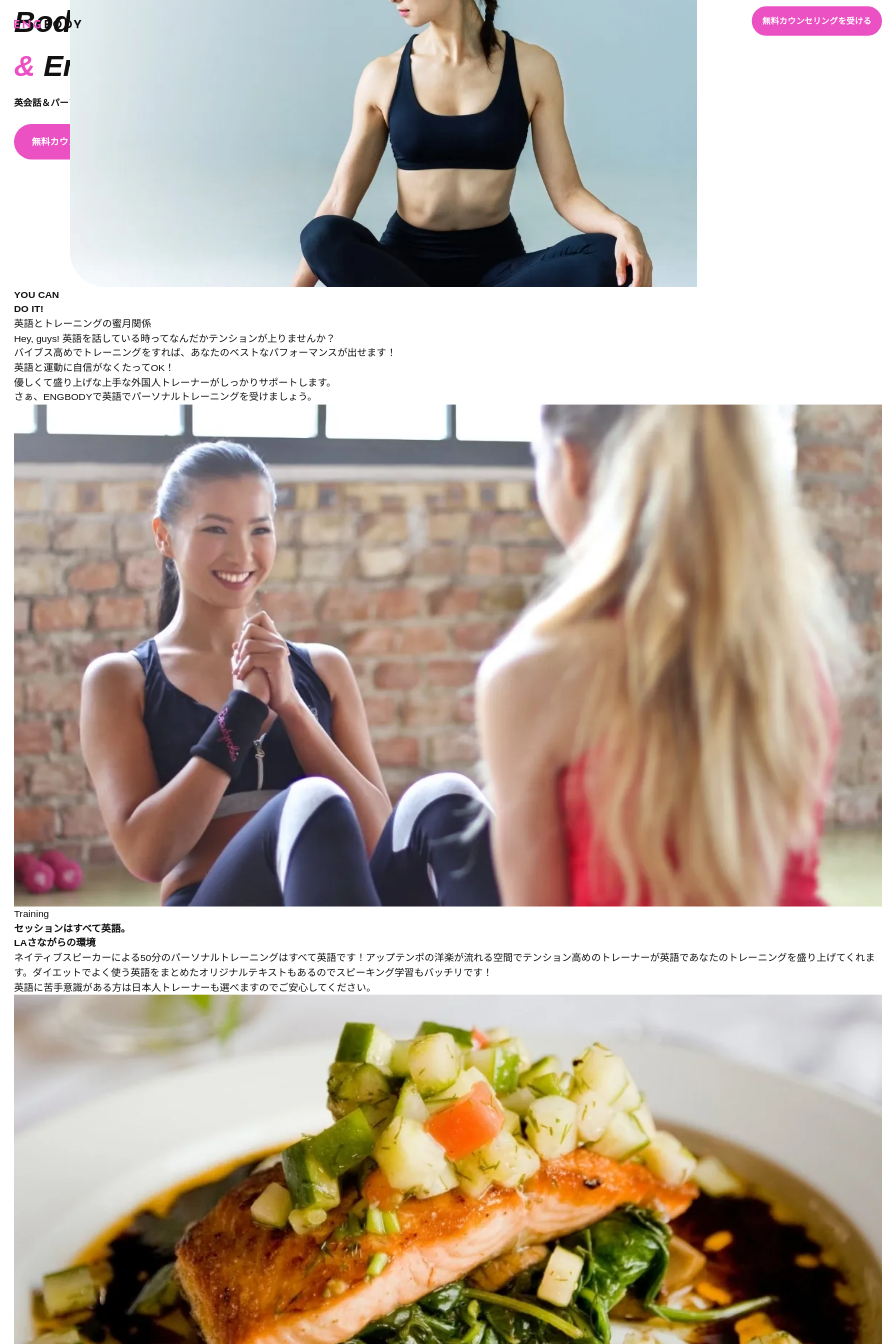
Repository: tetishi/engbody
Page: index.html
An editor plug-in stored every save of this project. The page is shown before and after the next save, followed by the edit.
The browser window is 1280 px wide. The pictures show the part of the page from y = 0 to 1920 px (the page is 12355 px tall), at 70% of full size.
The style sheet was rebuilt from its Sass, Less or Tailwind sources for each picture, by a compiler version that may differ from the author's.

Above is the page before, as saved 2023-07-26 00:21:52.

### index.html
<!DOCTYPE html>
<html lang="en">
<head>
    <meta charset="UTF-8">
    <meta name="viewport" content="width=device-width, initial-scale=1.0">
    <title>ENGBODY</title>
    <link href="https://fonts.googleapis.com/css2?family=Josefin+Sans:ital,wght@0,400;0,700;1,400;1,700&display=swap" rel="stylesheet">
    <link rel="stylesheet" href="./css/reset.css">
    <link rel="stylesheet" href="./css/style.css">
</head>
<body>
    <header class="header">
        <div class="header-inner">
            <h2 class="nav-title">
                <a href="#">
                    <img src="img/engbody.svg" alt="ENGBODY">
                </a>
            </h2>
            <nav class="header-nav">
                <div class="counseling-btn-top">
                    <a href="#">無料カウンセリングを受ける</a>
                </div>
            </nav>
        </div>
    </header>

    <main>
        <!-- fv -->
        <div class="fv">
            <div class="fv-img"></div>
            <div class="section-inner">
                <h2 class="page-title">
                    Body Make<br>
                    <span>&</span> English
                </h2>
                <div class="page-title-bottom">
                    英会話＆パーソナルトレーニングジム
                </div>
                <div class="counseling-btn">
                    <a href="#">無料カウンセリングを受ける</a>
                </div>
            </div>
        </div>

        <section id="concept" class="section-wrapper">
            <div class="section-outer">
                <div class="section-inner">
                    <h2 class="catchphrase">
                        YOU CAN<br class="sp">
                        DO IT!
                    </h2>
                    <p class="section-under-title">
                        英語とトレーニングの<span class="phrase">蜜月関係</span>
                    </p>
                    <p class="concept-text">
                        Hey, guys! 英語を話している時ってなんだかテンションが上りませんか？<br>
                        バイブス高めでトレーニングをすれば、あなたのベストなパフォーマンスが出せます！<br>
                        英語と運動に自信がなくたってOK！<br>
                        優しくて盛り上げな上手な外国人トレーナーがしっかりサポートします。<br>
                        さぁ、ENGBODYで英語でパーソナルトレーニングを受けましょう。
                    </p>
                    <div class="training-box">
                        <div class="training-img">
                            <picture>
                                <source srcset="img/training.webp" type="image/webp">
                                <img src="img/training.jpg" alt="外国人のパーソナルトレーナーがお客様に英語とトレーニングをサポートしている様子">
                            </picture>
                        </div>
                        <div class="training-text">
                            <p class="training-top">
                                Training
                            </p>
                            <h3 class="training-title">
                                セッションはすべて英語。<br>
                                LAさながらの環境
                            </h3>
                            <p class="training-description">
                                ネイティブスピーカーによる50分のパーソナルトレーニングはすべて英語です！アップテンポの洋楽が流れる空間でテンション高めのトレーナーが英語であなたのトレーニングを盛り上げてくれます。ダイエットでよく使う英語をまとめたオリジナルテキストもあるのでスピーキング学習もバッチリです！<br>
                                英語に苦手意識がある方は日本人トレーナーも選べますのでご安心してください。
                            </p>
                        </div>
                    </div>
                    <div class="food-box">
                        <div class="food-img">
                            <picture>
                                <source srcset="img/food.webp" type="image/webp">
                                <img src="img/food.jpg" alt="低糖質レストラン『LCR』の魚と野菜の盛り合わせメニューの写真">
                            </picture>
                        </div>
                        <div class="food-text">
                            <p class="food-top">
                                Food
                            </p>
                            <h3 class="food-title">
                                低糖質レストランを完備！<br>
                                美味しく食べてダイエット
                            </h3>
                            <p class="food-description">
                                食事制限って大変ですよね......。でも大丈夫！ENGBODY館内には低糖質レストラン『LCR』を完備しています。Low carb（低糖質）なのにとっても美味しい味に驚くはずです！メニューも豊富で飽きさせません。美味しく食べてしっかり痩せる！しかも英語力もアップ！それがENGBODYなのです。
                            </p>
                        </div>
                    </div>
                    <div class="counseling-btn">
                        <a href="#">無料カウンセリングを受ける</a>
                    </div>
                </div>
            </div>

        </section>

        <section class="section-wrapper">
            <div class="section-outer">
                <div class="section-inner">
                    <h2 class="section-title">
                        Our Trainer
                        <span>トレーナー</span>
                    </h2>
                    <div class="select-option">
                        <p class="trainer">
                            トレーナー
                        </p>
                        <p class="staff">
                            スタッフ
                        </p>
                    </div>
                    <ul class="trainer-list">
                        <li class="trainer-item">
                            <picture>
                                <source srcset="img/trainer01.webp" type="image/webp">
                                <img src="img/trainer01.jpg" alt="日本人女性のトレーナーの写真">
                            </picture>
                            <p class="trainer-greeting">
                                こんにちは！英語で楽しくトレーニングしましょう。日本語が話せますのでご安心ください。
                            </p>
                        </li>
                        <li class="trainer-item">
                            <picture>
                                <source srcset="img/trainer02.webp" type="image/webp">
                                <img src="img/trainer02.jpg" alt="外国人女性のトレーナーの写真">
                            </picture>
                            <p class="trainer-greeting">
                                Hello! 筋肉をつけすぎずしなやかな体を作ることが得意です！美しさを磨いていきましょう。
                            </p>
                        </li>
                        <li class="trainer-item">
                            <picture>
                                <source srcset="img/trainer03.webp" type="image/webp">
                                <img src="img/trainer03.jpg" alt="外国人男性のトレーナーの写真">
                            </picture>
                            <p class="trainer-greeting">
                                Hi, 負荷や強度の高いトレーニングがしたいならおまかせてください！どんなご要望もできるかぎり叶えますよ！
                            </p>
                        </li>
                    </ul>
                    <ul class="staff-list">
                        <li class="staff-item">
                            <picture>
                                <source srcset="img/staff01.webp" type="image/webp">
                                <img src="img/staff01.jpg" alt="日本人女性スタッフの写真">
                            </picture>
                            <p class="staff-greeting">
                                ENBODYは明るくてとっても楽しいジムです！みなさんのセッションが楽しくなるようしっかりサポートいたします。
                            </p>
                        </li>
                        <li class="staff-item">
                            <picture>
                                <source srcset="img/staff02.webp" type="image/webp">
                                <img src="img/staff02.jpg" alt="外国人男性スタッフの写真">
                            </picture>
                            <p class="staff-greeting">
                                Hi, please let me know anytime if you have any questions. We will fully support you!
                            </p>
                        </li>
                    </ul>
                </div>
            </div>
        </section>

        <section class="section-wrapper">
            <div class="section-outer">
                <div class="section-inner">
                    <h2 class="section-title">
                        Studio
                        <span>スタジオ</span>
                    </h2>
                    <div class="slide-image">
                        <picture>
                            <source srcset="img/studio01.webp" type="image/webp">
                            <img src="img/studio01.jpg" alt="後ろ姿の女性がトレーニング器具に座って、ダンベルを両手に持ち上げて、スタジオでトレーニングしている写真">
                        </picture>
                        <picture>
                            <source srcset="img/studio02.webp" type="image/webp">
                            <img src="img/studio02.jpg" alt="正面を向いた女性がトレーニング器具に座って、腕を上げてスタジオでトレーニングしている写真">
                        </picture>
                        <picture>
                            <source srcset="img/studio03.webp" type="image/webp">
                            <img src="img/studio03.jpg" alt="後ろ姿の男性がスタジオでバーベルを持ってウエイトトレーニングをしている写真">
                        </picture>
                    </div>
                </div>
            </div>
        </section>

        <section class="section-wrapper">
            <div class="section-outer">
                <div class="section-inner">
                    <h2 class="section-title">
                        Price
                        <span>料金</span>
                    </h2>
                    <ul class="price-list">
                        <li class="price-item">
                            <div class="price-box">
                                <p class="course">
                                    週１コース
                                </p>
                                <h3 class="course-price">
                                    ¥20,000
                                </h3>
                                <p class="admission-fee">
                                    （入会金 ¥10000）
                                </p>
                            </div>
                            <div class="rental-box">
                                <p class="course-top">
                                    レンタル
                                </p>
                                <p class="course-text">
                                    タオル、ウェア、プロテイン無料
                                </p>
                            </div>
                            <div class="restaurant-box">
                                <p class="course-top">
                                    レストラン
                                </p>
                                <p class="course-text">
                                    使用不可
                                </p>
                            </div>
                            <div class="diet-box">
                                <p class="course-top">
                                    食事指導
                                </p>
                                <p class="course-text">
                                    無し
                                </p>
                            </div>
                        </li>
                        <li class="price-item">
                            <p class="recommend">
                                オススメ！
                            </p>
                            <div class="price-box">
                                <p class="course">
                                    週２コース
                                </p>
                                <h3 class="course-price">
                                    ¥40,000
                                </h3>
                                <p class="admission-fee">
                                    （入会金 ¥10000）
                                </p>
                            </div>
                            <div class="rental-box">
                                <p class="course-top">
                                    レンタル
                                </p>
                                <p class="course-text">
                                    タオル、ウェア、プロテイン無料
                                </p>
                            </div>
                            <div class="restaurant-box">
                                <p class="course-top">
                                    レストラン
                                </p>
                                <p class="course-text">
                                    使用可
                                </p>
                            </div>
                            <div class="diet-box">
                                <p class="course-top">
                                    食事指導
                                </p>
                                <p class="course-text">
                                    有り
                                </p>
                            </div>
                        </li>
                        <li class="price-item">
                            <div class="price-box">
                                <p class="course">
                                    無制限
                                </p>
                                <h3 class="course-price">
                                    ¥70,000
                                </h3>
                                <p class="admission-fee">
                                    （入会金 ¥10000）
                                </p>
                            </div>
                            <div class="rental-box">
                                <p class="course-top">
                                    レンタル
                                </p>
                                <p class="course-text">
                                    タオル、ウェア、プロテイン無料
                                </p>
                            </div>
                            <div class="restaurant-box">
                                <p class="course-top">
                                    レストラン
                                </p>
                                <p class="course-text">
                                    使用可
                                </p>
                            </div>
                            <div class="diet-box">
                                <p class="course-top">
                                    食事指導
                                </p>
                                <p class="course-text">
                                    有り
                                </p>
                            </div>
                        </li>
                    </ul>
                </div>
            </div>
        </section>

        <section class="section-wrapper">
            <div class="section-outer">
                <div class="section-inner">
                    <h2 class="section-title">
                        FAQ
                        <span>よくあるご質問</span>
                    </h2>
                    <div class="faq-box">
                        <details class="faq-item">
                            <summary class="faq-top-text">
                                見学や体験は可能ですか？
                            </summary>
                            <p class="faq-bottom-text">
                                無料カウンセリングの際に見学が可能です。フォームに見学・体験希望の欄がございますので内容をご確認しチェックを入れてください。
                            </p>
                        </details>
                        <details class="faq-item">
                            <summary class="faq-top-text">
                                用意するものは何がありますか？
                            </summary>
                            <p class="faq-bottom-text">
                                シューズをご持参ください。ウェアとタオルは無料でレンタルが可能です。
                            </p>
                        </details>
                        <details class="faq-item">
                            <summary class="faq-top-text">
                                シャワールームはありますか？
                            </summary>
                            <p class="faq-bottom-text">
                                5つのシャワールームがございます。ボディソープ・シャンプー・リンスなどのアメニティやドライヤーもご用意しております。
                            </p>
                        </details>
                    </div>
                </div>
            </div>
        </section>

        <div class="free-counseling">
            <picture>
                <source srcset="img/sp_counseling_top.webp" type="image/webp">
                <img src="img/sp_counseling_top.jpg" alt="アジア人、黒人、白人の女性3人がトレーニングウェアを着て肩を組んで笑顔でこちらを見ている写真">
            </picture>
            <div class="counseling-container">
                <h3 class="invite-message">
                    Come join us!! 😊
                </h3>
                <div class="counseling-btn white">
                    <a href="#">無料カウンセリングを受ける</a>
                </div>
            </div>
        </div>

    </main>
    <footer class="footer">
        <div class="footer-text">
            ENGBODY
        </div>
    </footer>

    <a href="#" class="pagetop">
        <div class="pagetop-arrow">
            <i class="fas fa-angle-up"></i>
        </div>
    </a>
</body>
</html>

### css/reset.css
/*
html5doctor.com Reset Stylesheet
v1.6.1
Last Updated: 2010-09-17
Author: Richard Clark - http://richclarkdesign.com
Twitter: @rich_clark
*/

* {
    box-sizing: border-box;
}

html,
body,
div,
span,
object,
iframe,
h1,
h2,
h3,
h4,
h5,
h6,
p,
blockquote,
pre,
abbr,
address,
cite,
code,
del,
dfn,
em,
img,
ins,
kbd,
q,
samp,
small,
strong,
sub,
sup,
var,
b,
i,
dl,
dt,
dd,
ol,
ul,
li,
fieldset,
form,
label,
legend,
table,
caption,
tbody,
tfoot,
thead,
tr,
th,
td,
article,
aside,
canvas,
details,
figcaption,
figure,
footer,
header,
hgroup,
menu,
nav,
section,
summary,
time,
mark,
ruby,
audio,
video {
    margin: 0;
    padding: 0;
    border: 0;
    outline: 0;
    font-size: 100%;
    vertical-align: baseline;
    background: transparent;
}

body {
    line-height: 1.5;
}

img {
    width: 100%;
    height: auto;
    object-fit: cover;
}

button {
    background-color: transparent;
    border: none;
    cursor: pointer;
    outline: none;
    padding: 0;
    appearance: none;
}

article,
aside,
details,
figcaption,
figure,
footer,
header,
hgroup,
menu,
nav,
section {
    display: block;
}

nav ul {
    list-style: none;
}

li {
    list-style: none;
}

a {
    margin: 0;
    padding: 0;
    font-size: 100%;
    vertical-align: baseline;
    background: transparent;
}

input,
select {
    vertical-align: middle;
}

/*end reset css*/

### img/engbody.svg
<svg xmlns="http://www.w3.org/2000/svg" width="96.7" height="12.36" viewBox="0 0 96.697 12.356">
  <g id="Group_1" data-name="Group 1" transform="translate(-34.435 -35.05)">
    <path id="Path_13" data-name="Path 13" d="M-41.472-16.8a3.73,3.73,0,0,1,1.459,1.093,2.471,2.471,0,0,1,.524,1.559A2.878,2.878,0,0,1-40.674-11.6a5.1,5.1,0,0,1-2.957.814H-47.58V-22.2H-44.1a5.2,5.2,0,0,1,2.965.737,2.422,2.422,0,0,1,1.08,2.132,2.946,2.946,0,0,1-.371,1.5A2.77,2.77,0,0,1-41.472-16.8Zm-3.771-.729h1.418a1.3,1.3,0,0,0,1-.38,1.323,1.323,0,0,0,.355-.938,1.029,1.029,0,0,0-.4-.876,1.816,1.816,0,0,0-1.112-.3h-1.257Zm1.5,4.653a2.475,2.475,0,0,0,1.33-.318,1.051,1.051,0,0,0,.508-.954q0-1.21-2-1.21h-1.338v2.481Zm8.123-3.6a5.518,5.518,0,0,1,.814-2.9A6.036,6.036,0,0,1-32.6-21.521a5.975,5.975,0,0,1,3.022-.8,5.975,5.975,0,0,1,3.022.8,6.165,6.165,0,0,1,2.224,2.148,5.438,5.438,0,0,1,.83,2.9,5.413,5.413,0,0,1-.83,2.916,6.083,6.083,0,0,1-2.224,2.117,6.067,6.067,0,0,1-3.022.783,6.054,6.054,0,0,1-3.03-.783,5.973,5.973,0,0,1-2.2-2.117A5.493,5.493,0,0,1-35.622-16.473Zm2.417,0a3.551,3.551,0,0,0,.492,1.83,3.628,3.628,0,0,0,1.338,1.326,3.687,3.687,0,0,0,1.878.489,3.5,3.5,0,0,0,1.821-.489,3.517,3.517,0,0,0,1.289-1.318,3.68,3.68,0,0,0,.467-1.838,3.655,3.655,0,0,0-.483-1.861,3.6,3.6,0,0,0-1.313-1.326,3.57,3.57,0,0,0-1.845-.489,3.57,3.57,0,0,0-1.845.489,3.6,3.6,0,0,0-1.313,1.326A3.655,3.655,0,0,0-33.2-16.473ZM-18.909-22.2h3.546a7.413,7.413,0,0,1,3.739.845A5.2,5.2,0,0,1-9.49-19.164a6.36,6.36,0,0,1,.669,2.877,5.253,5.253,0,0,1-.806,2.9,5.34,5.34,0,0,1-2.168,1.931,6.641,6.641,0,0,1-2.99.675h-4.126Zm3.723,9.243a4.324,4.324,0,0,0,2.885-.9,3.2,3.2,0,0,0,1.064-2.59,3.609,3.609,0,0,0-.588-2.171A3.138,3.138,0,0,0-13.2-19.73a4.006,4.006,0,0,0-1.475-.31h-1.9v7.088ZM4.83-22.2.381-14.333v3.552H-1.955v-3.552L-6.323-22.2h2.885l2.724,5.273L1.945-22.2Z" transform="translate(126.302 57.708)" fill="#111"/>
    <path id="Path_14" data-name="Path 14" d="M-27.475-22.5v2.176h-5.753v2.44h5.093v2.176h-5.093v2.471h5.979v2.176h-8.316V-22.5Zm15.584,0v11.9h-.064l-8.3-7.227.048,6.761h-2.369V-22.95h.1l8.284,7.336-.048-6.885ZM3.049-12.211a3.177,3.177,0,0,1-.975.583,8.934,8.934,0,0,1-1.547.5,6.932,6.932,0,0,1-1.539.194,7.366,7.366,0,0,1-3.312-.707,5.264,5.264,0,0,1-2.2-1.958A5.311,5.311,0,0,1-7.3-16.454a6.568,6.568,0,0,1,.822-3.4,5.253,5.253,0,0,1,2.208-2.083,6.761,6.761,0,0,1,3.062-.692,8.506,8.506,0,0,1,2.031.233,7.636,7.636,0,0,1,1.676.606l-.757,2.1a5.979,5.979,0,0,0-1.281-.458A5.645,5.645,0,0,0-.9-20.355a4.244,4.244,0,0,0-2.957.933A3.556,3.556,0,0,0-4.88-16.656a3.356,3.356,0,0,0,.5,1.842,3.241,3.241,0,0,0,1.394,1.2,4.746,4.746,0,0,0,2.039.42,3.468,3.468,0,0,0,1.628-.3v-1.383H-1.367v-2.176H3.049Z" transform="translate(70 58)" fill="#eb51c2"/>
  </g>
</svg>

### css/style.scss
/* base */

html {
    font-size: 62.5%;
}
body {
    font-size: 1.4rem;
    font-family: 'Hiragino Sans', sans-serif;
    color: #111111;
}
h2 h3 {
    font-family: 'Josefin Sans', sans-serif;
}
img {
    vertical-align: bottom;
}
.section-inner {
    padding: 0 20px;
    // margin: 0 auto;
}
.section-title {
    font-size: 4rem;
    &:nth-of-type(2) {
        font-size: 3.2rem;
    }
    &:nth-of-type(odd) {
        color: #fff;
    }
    span {
        font-size: 1.4rem;
        margin-bottom: 30px;
        &:last-of-type {
            margin-bottom: 35px;
        }
    }
}
a {
    color: inherit;
    text-decoration: none;
}

// header
.header {
    position: fixed;
    width: 100%;
    top: 0;
    left: 0;
    z-index: 999;
}
.header-inner {
    display: flex;
    justify-content: space-between;
    align-items: center;
    height: 60px;
    padding: 0 20px;
}
.counseling-btn-top {
    font-weight: bold;
    color: #fff;
    font-size: 1.2rem;
    width: 186px;
    background-color: #EB51C2;
    text-align: center;
    vertical-align: middle;
    border-radius: 50px;
    padding: 12px 15px;
}

//fv
.fv {
    height: 410px;
}
.fv-img {
    background-image: url(../img/bg_mv.webp);
    background-position: right bottom;
    background-size: cover;
    background-repeat: no-repeat;
    border-radius: 0 0 0 50px;
    position: absolute;
    left: 100px;
    width: 70%;
    height: 410px;

}
.page-title {
    font-size: 4.2rem;
    font-style: italic;
    span {
        color: #EB51C2;
    }
}
.page-title-bottom {
    font-size: 1.3rem;
    font-weight: bold;
    margin: 12px 0 19px;
    background-color: #fff;
}
.counseling-btn {
    font-weight: bold;
    color: #fff;
    font-size: 1.3rem;
    width: 220px;
    background-color: #EB51C2;
    text-align: center;
    vertical-align: middle;
    border-radius: 50px;
    padding: 16px 25px;
}

After the next save:
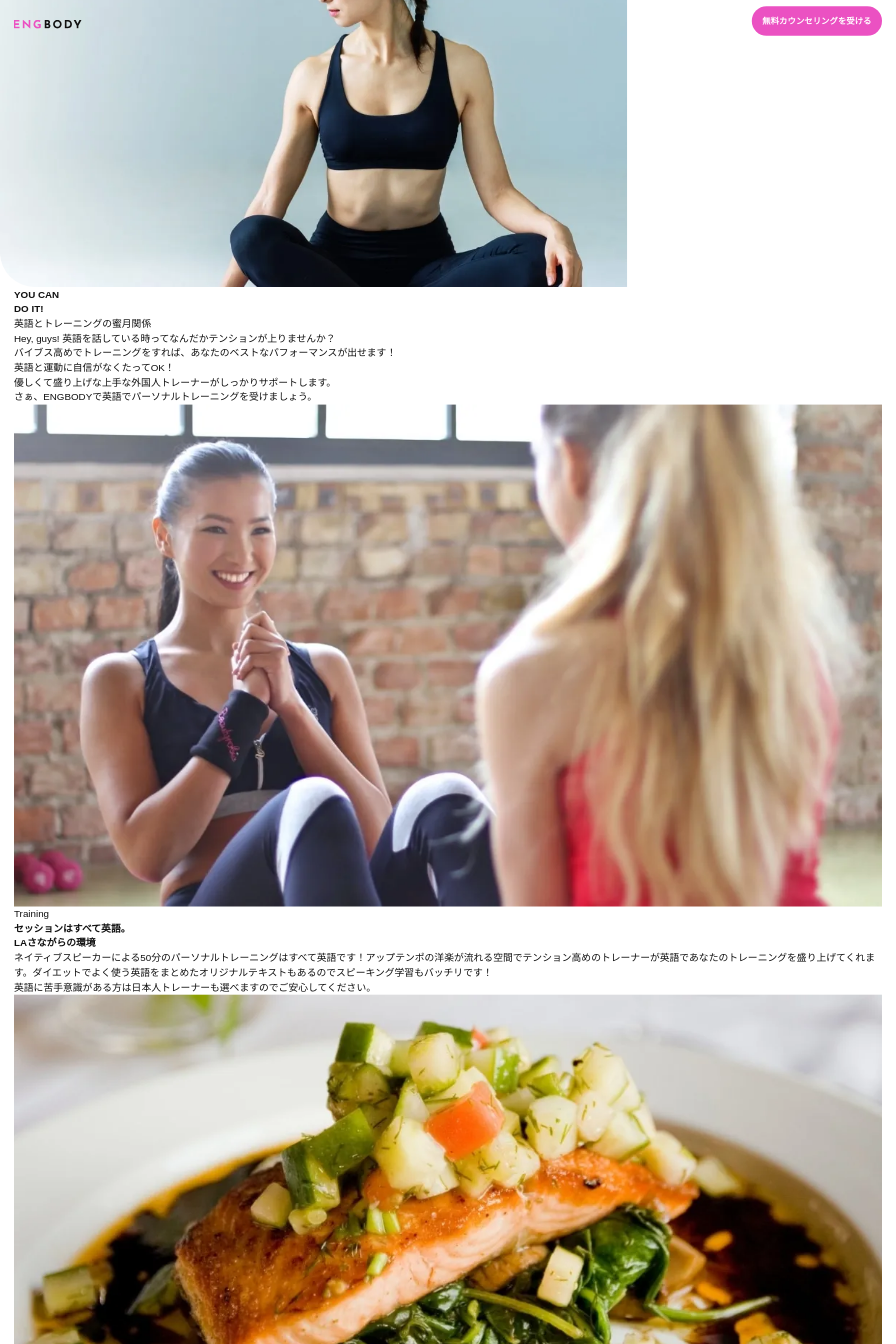
Saved 9 s later.
--- a/css/style.scss
+++ b/css/style.scss
@@ -77,7 +77,7 @@ a {
     background-repeat: no-repeat;
     border-radius: 0 0 0 50px;
     position: absolute;
-    left: 100px;
+    top: 0;
     width: 70%;
     height: 410px;
 
